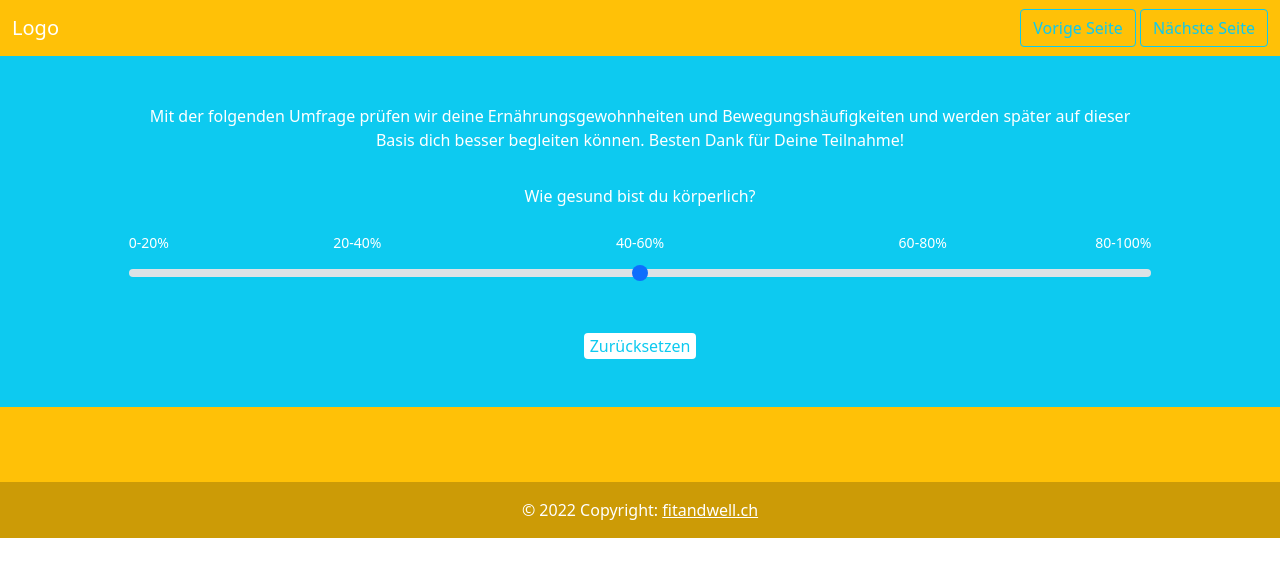
Repository: stephane71183101/Stephane-Personal-Health-Survey
Page: http://localhost/form-q01-start-page.php
The author's editor kept a copy of each file at every save. The page is drawn from the files as they stood at one save, then again after the next save.
The browser window is 1280 px wide. The pictures show the whole page.
The page is run by PHP 8.4 with error messages shown; the project is at /var/www/html/.

Above is the page before, as saved 2022-03-15 22:53:26.

### form-q01-start-page.php
<!DOCTYPE html>
<html lang="en">
<head>
    <meta charset="UTF-8">
    <meta http-equiv="X-UA-Compatible" content="IE=edge">
    <meta name="viewport" content="width=device-width, initial-scale=1.0">
    <title>Document</title>
    <link href="https://cdn.jsdelivr.net/npm/bootstrap@5.1.3/dist/css/bootstrap.min.css" rel="stylesheet" integrity="sha384-1BmE4kWBq78iYhFldvKuhfTAU6auU8tT94WrHftjDbrCEXSU1oBoqyl2QvZ6jIW3" crossorigin="anonymous">
    <script src="https://cdn.jsdelivr.net/npm/bootstrap@5.1.3/dist/js/bootstrap.bundle.min.js" integrity="sha384-ka7Sk0Gln4gmtz2MlQnikT1wXgYsOg+OMhuP+IlRH9sENBO0LRn5q+8nbTov4+1p" crossorigin="anonymous"></script>
</head>

<header>
    <nav class="navbar navbar-expand-lg navbar-light bg-warning">
    <div class="container-fluid">
        <a class="navbar-brand text-white" href="#">Logo</a>
        <div class="nav justify-content-end" id="navbarNav">
            <form class="d-flexme-2">
                <button class="btn btn-outline-info" type="submit">Vorige Seite</button>
                <button class="btn btn-outline-info" type="submit">Nächste Seite</button>
            </form>
        </div>
    </div>
    </nav>
</header>

<body>
    <div class="container-fluid pt-5 pb-3 text-center text-white bg-info">
        <div  class="container col-10">
        <p>Mit der folgenden Umfrage prüfen wir deine Ernährungsgewohnheiten und Bewegungshäufigkeiten und werden später auf dieser Basis dich besser begleiten können. Besten Dank für Deine Teilnahme!</p>
        </div>
    </div>

    <div class="container-fluid pb-5 text-center text-white bg-info">
        <div  class="container col-10">
        <form>
        <label for="customRange1" class="form-label mb-4">Wie gesund bist du körperlich?</label>
        <div class="container-fluid px-0 mb-2 small">
        <div class="row g-0">
        <div class="col text-start">0-20%</div>
        <div class="col text-start">20-40%</div>
        <div class="col">40-60%</div>
        <div class="col text-end">60-80%</div>
        <div class="col text-end">80-100%</div>
        </div>
        </div>
        <input type="range" class="form-range mb-5" min="0" max="4" step="1" id="my-range">
        <input type="reset" class="border-0 bg-white rounded text-info" value="Zurücksetzen">
        </form>
        </div>
    </div>

<footer>
    <div class="text-center text-white bg-warning">
    <!-- Grid container -->
    <div class="container pt-4">
        <!-- Section: Social media -->
        <section class="mb-4">
        <!-- Facebook -->
        <a
            class="btn btn-link btn-floating btn-lg text-dark m-1"
            href="#"
            role="button"
            data-mdb-ripple-color="dark"
            ><i class="fab fa-facebook-f"></i
        ></a>

        <!-- Twitter -->
        <a
            class="btn btn-link btn-floating btn-lg text-dark m-1"
            href="#!"
            role="button"
            data-mdb-ripple-color="dark"
            ><i class="fab fa-twitter"></i
        ></a>

        <!-- Google -->
        <a
            class="btn btn-link btn-floating btn-lg text-dark m-1"
            href="#!"
            role="button"
            data-mdb-ripple-color="dark"
            ><i class="fab fa-google"></i
        ></a>

        <!-- Instagram -->
        <a
            class="btn btn-link btn-floating btn-lg text-dark m-1"
            href="#!"
            role="button"
            data-mdb-ripple-color="dark"
            ><i class="fab fa-instagram"></i
        ></a>

        <!-- Linkedin -->
        <a
            class="btn btn-link btn-floating btn-lg text-dark m-1"
            href="#!"
            role="button"
            data-mdb-ripple-color="dark"
            ><i class="fab fa-linkedin"></i
        ></a>
        <!-- Github -->
        <a
            class="btn btn-link btn-floating btn-lg text-dark m-1"
            href="#!"
            role="button"
            data-mdb-ripple-color="dark"
            ><i class="fab fa-github"></i
        ></a>
        </section>
        <!-- Section: Social media -->
    </div>
    <!-- Grid container -->

    <!-- Copyright -->
    <div class="text-center text-white p-3" style="background-color: rgba(0, 0, 0, 0.2);">
        © 2022 Copyright:
        <a class="text-white" href="#">fitandwell.ch</a>
    </div>
    <!-- Copyright -->
    </div>
</footer>
</body>

</html>

After the next save:
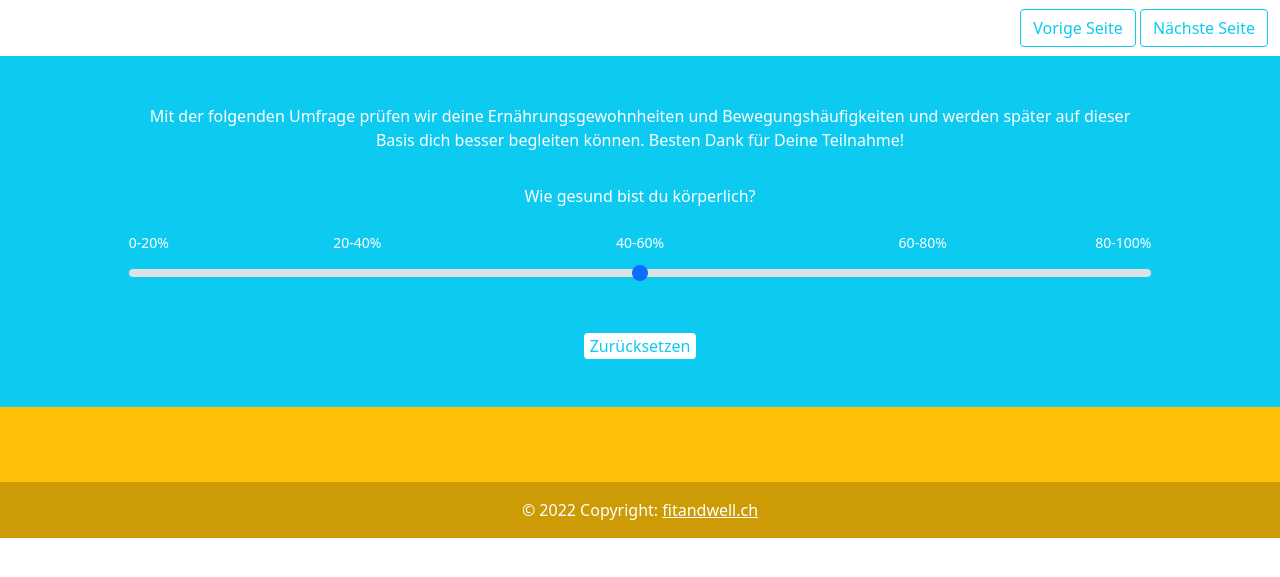
Saved 57 s later.
--- a/form-q01-start-page.php
+++ b/form-q01-start-page.php
@@ -10,7 +10,7 @@
 </head>
 
 <header>
-    <nav class="navbar navbar-expand-lg navbar-light bg-warning">
+    <nav class="navbar navbar-expand-lg navbar-light bg-#fd7e14">
     <div class="container-fluid">
         <a class="navbar-brand text-white" href="#">Logo</a>
         <div class="nav justify-content-end" id="navbarNav">
